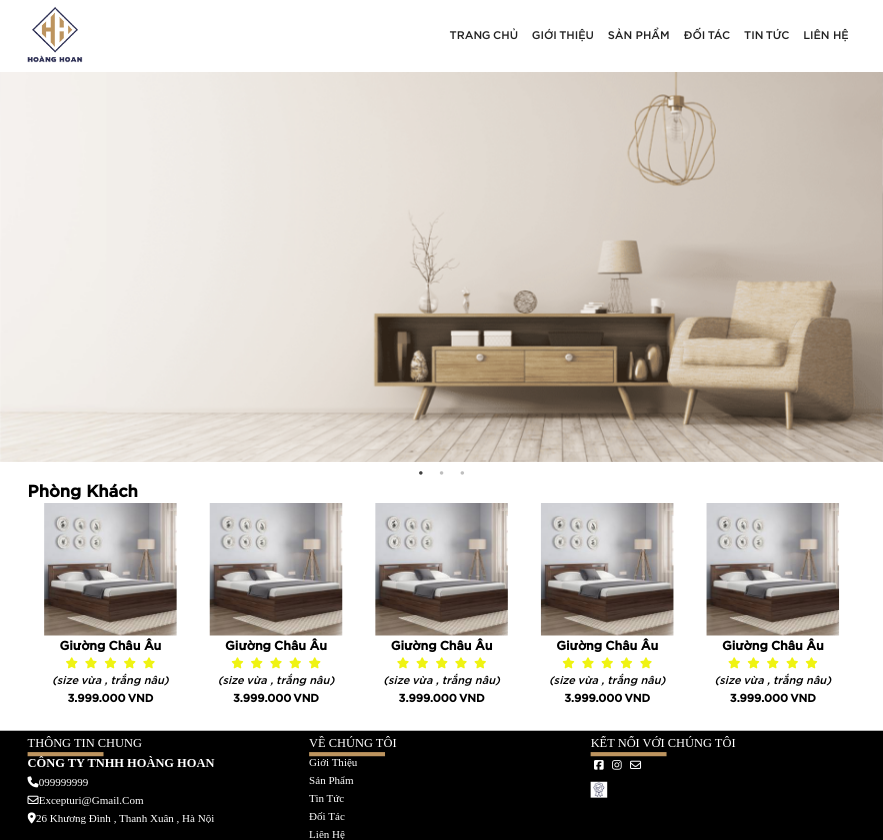
Repository: LDDUNG2003/front_end
Page: product.html
The author's editor kept a copy of each file at every save. The page is drawn from the files as they stood at one save, then again after the next save.
The browser window is 1280 px wide. The pictures show the whole page, at 69% of full size.
Some web libraries are served in a nearby version.

Above is the page before, as saved 2023-08-30 10:40:47.

After the next save:
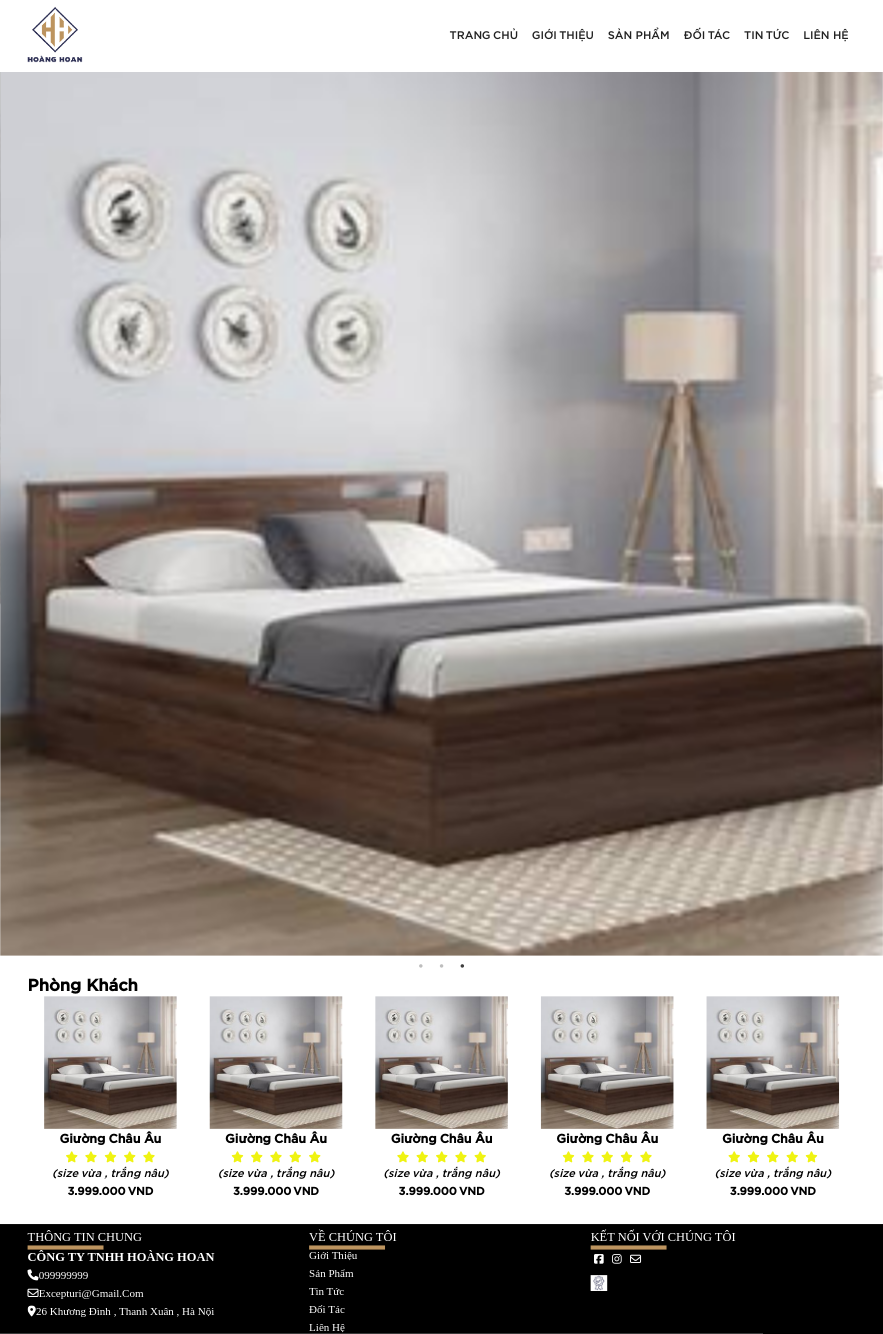
Saved 73 s later.
--- a/product.html
+++ b/product.html
@@ -182,7 +182,9 @@
             infinite: true,
             speed: 300,
             slidesToShow: 1,
-            adaptiveHeight: true
+            adaptiveHeight: true,
+            autoplay: true,
+            autoplaySpeed: 2000,
         });
     </script>
 </body>

After the 2 saves that followed:
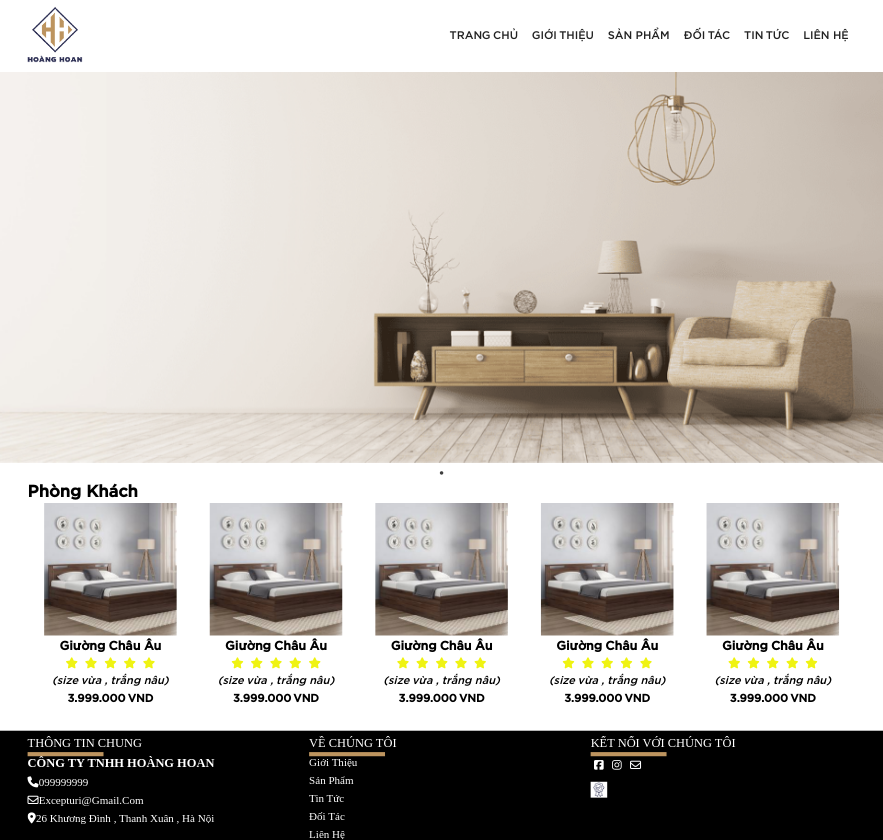
The 2 saves are shown as one change because 1 left the picture as it was.
The last was saved 81 s later.
--- a/product.html
+++ b/product.html
@@ -46,8 +46,6 @@
         <div class="content__featured-slider">
             <ul class="slider--list">
                 <li class="slider--item"><img src="./public/img/banner.png" alt="" class="slider--image"></li>
-                <li class="slider--item"><img src="./public/img/P002-big.jpg" alt="" class="slider--image"></li>
-                <li class="slider--item"><img src="./public/img/featured/giuong-ngu.png" alt="" class="slider--image"></li>
             </ul>
         </div>
         <div class="content__featured">
--- a/public/css/product.css
+++ b/public/css/product.css
@@ -3,6 +3,7 @@
     margin: auto !important;
     max-width: 1600px;
     height: auto;
+    /* set max height */
     overflow: hidden;
 }
 
